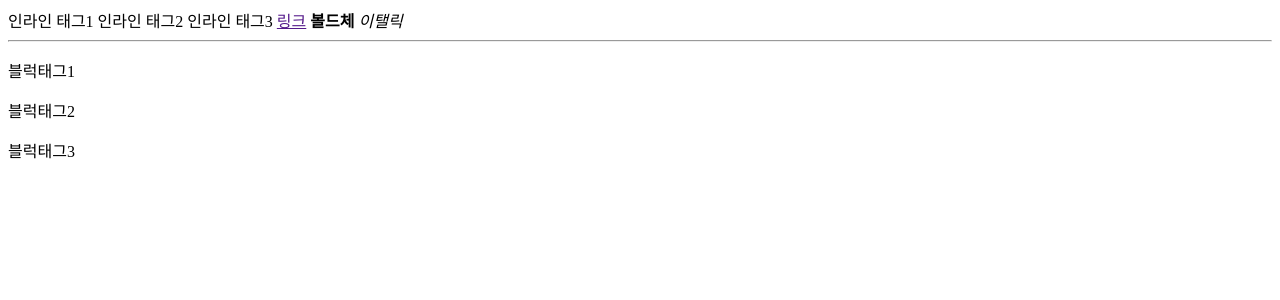
Repository: dnjs0/HCJ
Page: ClientTest/src/main/webapp/ex13_tag.html
The author's editor kept a copy of each file at every save. The page is drawn from the files as they stood at one save, then again after the next save.
The browser window is 1280 px wide. The pictures show the whole page.

Above is the page before, as saved 2025-02-11 05:11:31.

After the next save:
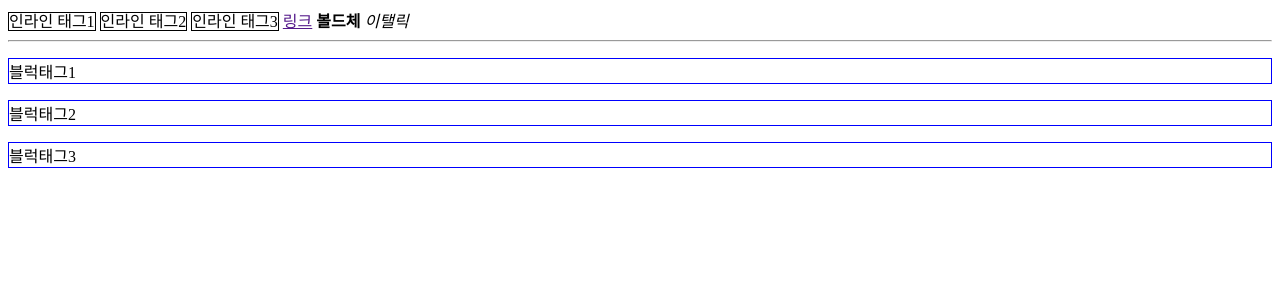
Saved 51 s later.
--- a/ClientTest/src/main/webapp/ex13_tag.html
+++ b/ClientTest/src/main/webapp/ex13_tag.html
@@ -4,7 +4,8 @@
 	<meta charset="UTF-8">
 	<title>Insert title here</title>
 	<style>
-	   font{border : 1px solid block;}
+	   font{border : 1px solid black;}
+	   p{border : 1px solid blue;}
 	</style>
 </head>
 <body>
